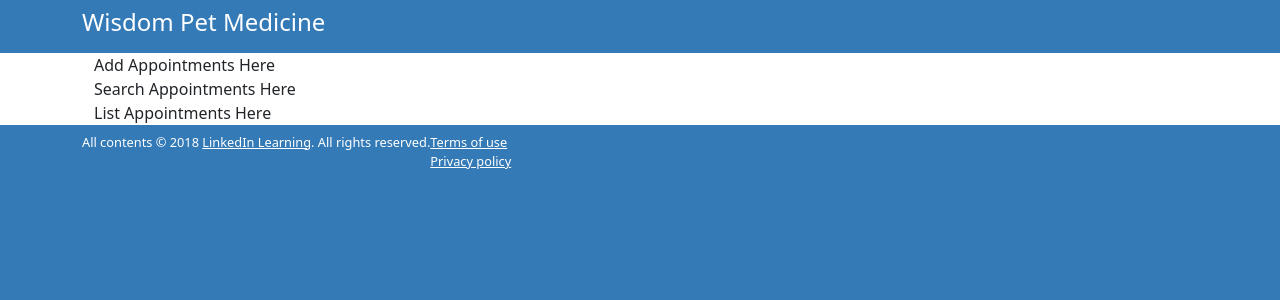
Repository: DevLuDaley/reactinterface
Page: /
The author's editor kept a copy of each file at every save. The page is drawn from the files as they stood at one save, then again after the next save.
The browser window is 1280 px wide. The pictures show the whole page.
The project was rebuilt for these pictures with package versions that can differ from the ones it lists, and the page was loaded fresh each time. Also part of the build but not shown: src/css/App.css.

Above is the page before, as saved 2021-02-04 17:13:15.

After the next save:
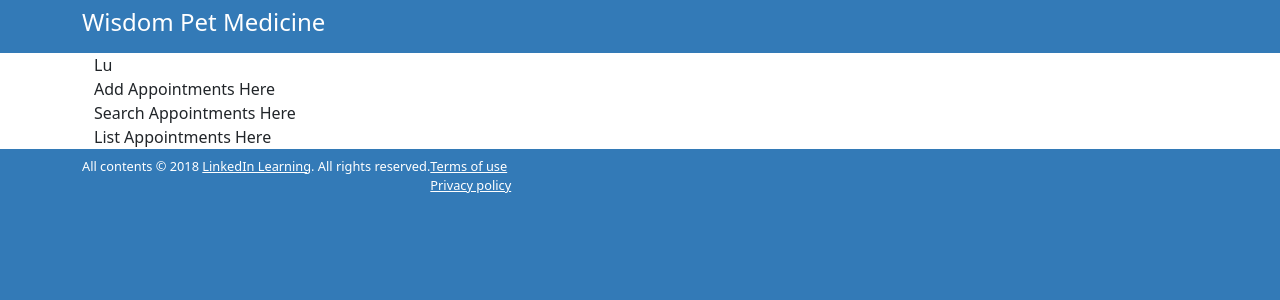
Saved 19 s later.
--- a/src/components/App.js
+++ b/src/components/App.js
@@ -7,7 +7,9 @@ import ListAppointments from './ListAppointments';
 class App extends Component {
   constructor(props) {
     super(props);
-    this.state = {  }
+    this.state = {
+      myName: 'Lu'
+     }
   }
   render() {
     return (
